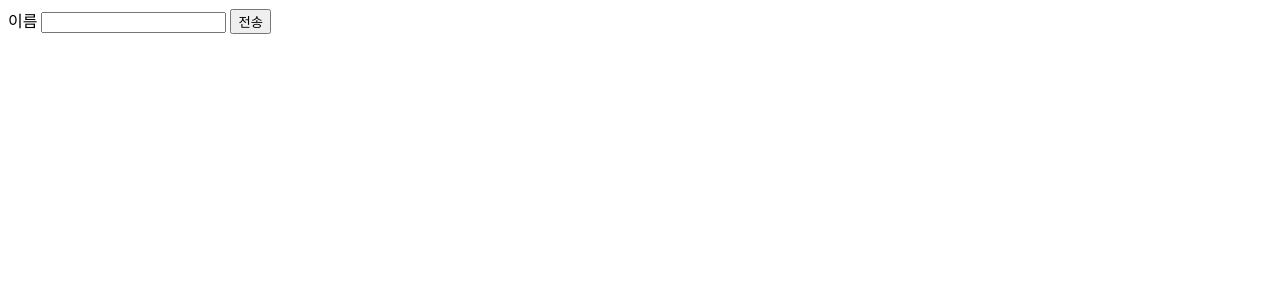
Repository: taegoo01/emerald_git_sjw
Page: http://localhost/MVC/form/index
The author's editor kept a copy of each file at every save. The page is drawn from the files as they stood at one save, then again after the next save.
The browser window is 1280 px wide. The pictures show the whole page.
The page is served by Tomcat 9.

Above is the page before, as saved 2016-05-02 10:09:04.

After the next save:
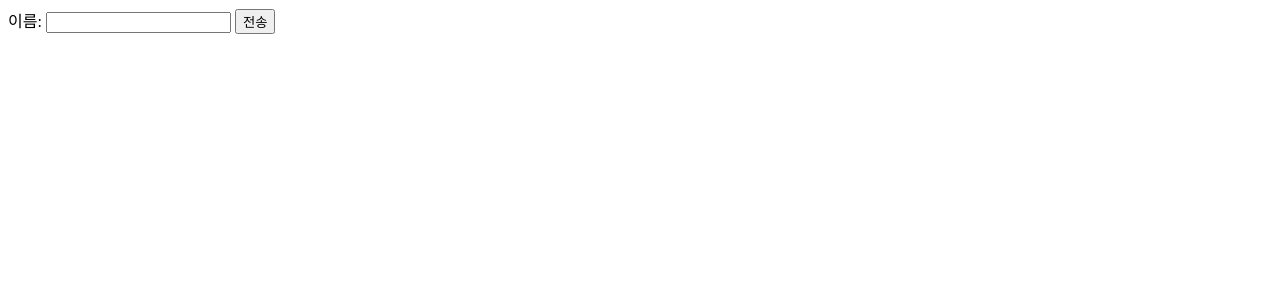
Saved 9 min 32 s later.
--- a/MVC/src/main/webapp/WEB-INF/views/form/index.jsp
+++ b/MVC/src/main/webapp/WEB-INF/views/form/index.jsp
@@ -8,7 +8,7 @@
 </head>
 <body>
 	<form action="student" method="get">
-	  이름 <input type="text" id="name">
+	  이름: <input type="text" id="name">
 	  <input type="submit" value="전송">
 	</form>
 </body>
